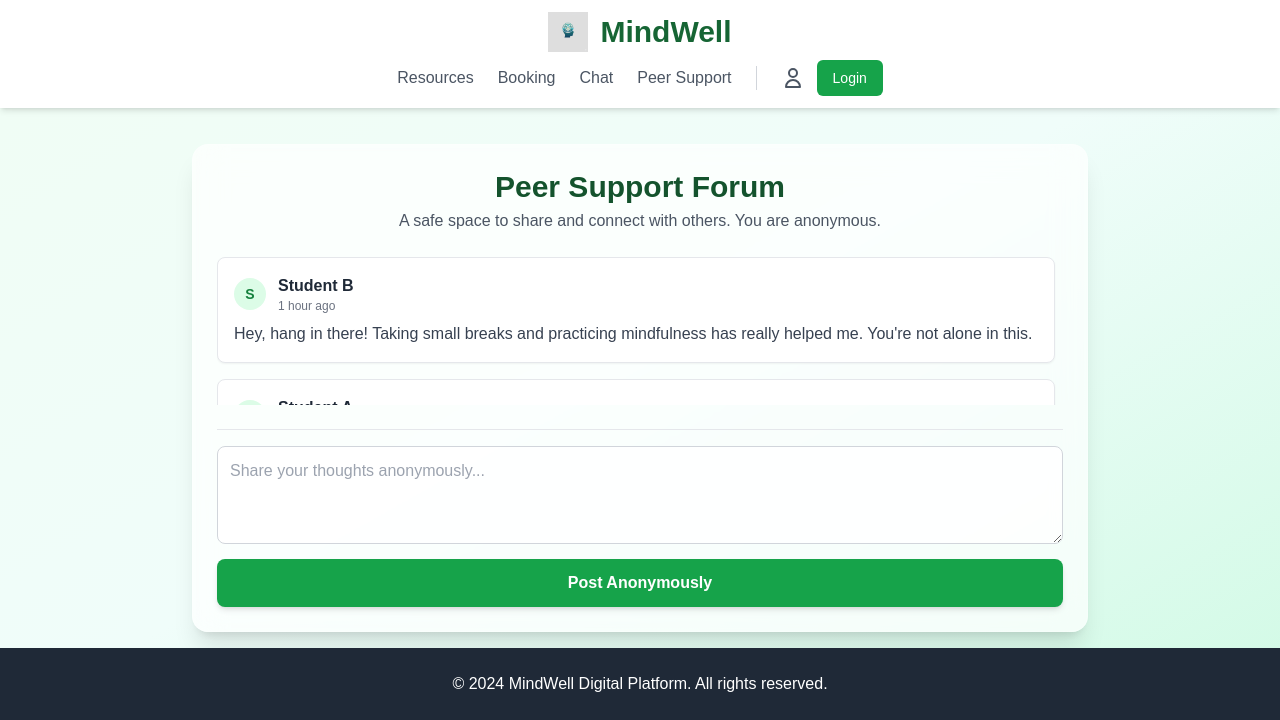
Repository: alokse24b01025/mentalhealth-project-sih-
Page: /peer-support (app in p1/)
The author's editor kept a copy of each file at every save. The page is drawn from the files as they stood at one save, then again after the next save.
The browser window is 1280 px wide. The pictures show the whole page.
The project was rebuilt for these pictures with package versions that can differ from the ones it lists, and the page was loaded fresh each time. Also part of the build but not shown: p1/vite.config.js, p1/src/pages/HomePage.jsx, p1/src/components/Chatbot.jsx, p1/src/pages/ChatPage.jsx, p1/src/components/ResourceCard.jsx, p1/src/data/mockResources.js, p1/src/pages/ResourcesPage.jsx, p1/src/data/mockCounselors.js and 3 more.

Above is the page before, as saved 2025-09-10 12:29:51.

After the next save:
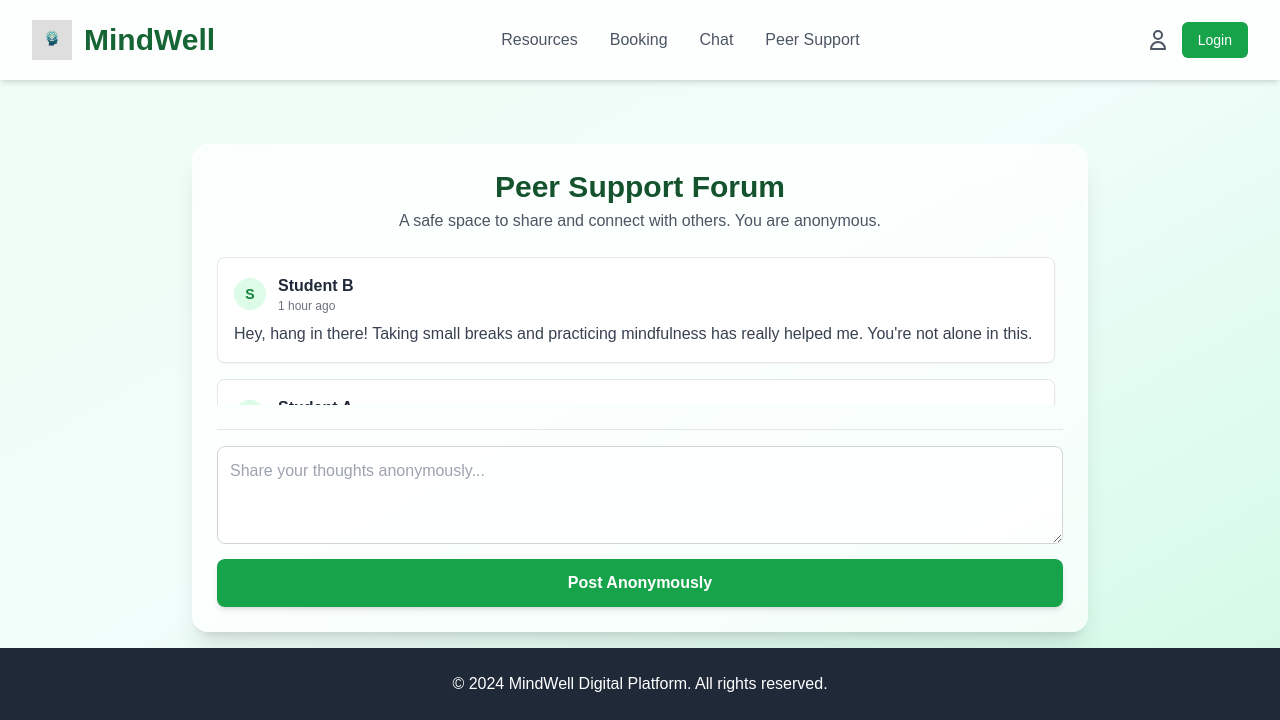
Saved 3 min 36 s later.
--- a/p1/src/components/Header.jsx
+++ b/p1/src/components/Header.jsx
@@ -1,16 +1,18 @@
 import React, { useState } from 'react';
-import { Link } from 'react-router-dom';
+import { Link, NavLink } from 'react-router-dom';
 import logo from '../assets/logo.png';
 import { useAuth } from '../AuthContext';
 
 const Header = () => {
   const { currentUser, logout } = useAuth();
   const [isLoggingOut, setIsLoggingOut] = useState(false);
+  const [isMenuOpen, setIsMenuOpen] = useState(false); // State for mobile menu
 
   const handleLogout = async () => {
     setIsLoggingOut(true);
     try {
       await logout();
+      setIsMenuOpen(false); // Close menu on logout
     } catch (error) {
       console.error("Failed to log out:", error);
     } finally {
@@ -24,55 +26,92 @@ const Header = () => {
     </svg>
   );
 
+  // Reusable component for Nav Links to avoid repetition
+  const NavLinks = ({ isMobile = false }) => (
+    <>
+      <NavLink to="/resources" className={isMobile ? mobileLinkClass : desktopLinkClass} onClick={() => setIsMenuOpen(false)}>Resources</NavLink>
+      <NavLink to="/booking" className={isMobile ? mobileLinkClass : desktopLinkClass} onClick={() => setIsMenuOpen(false)}>Booking</NavLink>
+      <NavLink to="/chat" className={isMobile ? mobileLinkClass : desktopLinkClass} onClick={() => setIsMenuOpen(false)}>Chat</NavLink>
+      <NavLink to="/peer-support" className={isMobile ? mobileLinkClass : desktopLinkClass} onClick={() => setIsMenuOpen(false)}>Peer Support</NavLink>
+    </>
+  );
+
+  const desktopLinkClass = "text-gray-600 hover:text-green-600 transition-colors";
+  const mobileLinkClass = "block py-2 text-lg text-gray-700 hover:bg-green-50 rounded-md px-4";
+
   return (
-    <header className="bg-white shadow-md fixed top-0 w-full z-50 py-3 flex flex-col items-center">
+    <header className="bg-white/80 backdrop-blur-lg shadow-md fixed top-0 w-full z-50">
+      <div className="max-w-7xl mx-auto px-4 sm:px-6 lg:px-8">
+        <div className="flex justify-between items-center h-20">
+          {/* Left side: Logo and Brand Name */}
+          <div className="flex-shrink-0">
+            <Link to="/" className="flex items-center gap-x-3">
+              <img src={logo} alt="MindWell Logo" className="h-10 w-auto" />
+              <span className="text-3xl font-bold text-green-800">MindWell</span>
+            </Link>
+          </div>
 
-      {/* Top Row: Centered Logo and Name */}
-      <div className="mb-2">
-        <Link to="/" className="flex items-center justify-center gap-x-3">
-          <img src={logo} alt="MindWell Logo" className="h-10 w-auto" />
-          <h1 className="text-3xl font-bold text-green-800 hidden md:block">MindWell</h1>
-        </Link>
+          {/* Center: Desktop Navigation Links */}
+          <div className="hidden md:flex md:items-center md:space-x-8">
+            <NavLinks />
+          </div>
+
+          {/* Right side: Desktop Auth Buttons & Mobile Menu Button */}
+          <div className="flex items-center">
+            <div className="hidden md:flex items-center space-x-3">
+              {currentUser ? (
+                <div className="flex items-center space-x-3">
+                  <span className="text-gray-600">{profileIcon}</span>
+                  <button onClick={handleLogout} disabled={isLoggingOut} className={`text-white px-4 py-2 text-sm rounded-md transition-colors ${isLoggingOut ? 'bg-red-300 cursor-not-allowed' : 'bg-red-500 hover:bg-red-600'}`}>
+                    {isLoggingOut ? '...' : 'Logout'}
+                  </button>
+                </div>
+              ) : (
+                <div className="flex items-center space-x-3">
+                  <Link to="/login" className="text-gray-600 hover:text-green-600">{profileIcon}</Link>
+                  <Link to="/login" className="bg-green-600 text-white px-4 py-2 text-sm rounded-md hover:bg-green-700 transition-colors">Login</Link>
+                </div>
+              )}
+            </div>
+
+            {/* Mobile Menu (Hamburger) Button */}
+            <div className="md:hidden">
+              <button onClick={() => setIsMenuOpen(!isMenuOpen)} className="p-2 rounded-md text-gray-600 hover:bg-gray-100 focus:outline-none">
+                <svg xmlns="http://www.w3.org/2000/svg" className="h-6 w-6" fill="none" viewBox="0 0 24 24" stroke="currentColor">
+                  <path strokeLinecap="round" strokeLinejoin="round" strokeWidth={2} d={isMenuOpen ? "M6 18L18 6M6 6l12 12" : "M4 6h16M4 12h16m-7 6h7"} />
+                </svg>
+              </button>
+            </div>
+          </div>
+        </div>
       </div>
 
-      {/* Bottom Row: Navigation Links */}
-      <nav className="flex items-center justify-center flex-wrap gap-x-6 gap-y-2 px-4">
-        <Link to="/resources" className="text-gray-600 hover:text-green-600 transition-colors">Resources</Link>
-        <Link to="/booking" className="text-gray-600 hover:text-green-600 transition-colors">Booking</Link>
-        <Link to="/chat" className="text-gray-600 hover:text-green-600 transition-colors">Chat</Link>
-        <Link to="/peer-support" className="text-gray-600 hover:text-green-600 transition-colors">Peer Support</Link>
+      {/* Mobile Menu Panel */}
+      {isMenuOpen && (
+        <div className="md:hidden bg-white/95 backdrop-blur-lg border-t border-gray-200">
+          <div className="px-2 pt-2 pb-3 space-y-1 sm:px-3">
+            <NavLinks isMobile={true} />
 
-        <div className="border-l border-gray-300 h-6"></div>
-
-        {currentUser ? (
-          <div className="flex items-center space-x-3">
-            <span className="text-gray-600">{profileIcon}</span>
-            <button
-              onClick={handleLogout}
-              disabled={isLoggingOut}
-              className={`text-white px-4 py-2 text-sm rounded-md transition-colors ${
-                isLoggingOut
-                  ? 'bg-red-300 cursor-not-allowed'
-                  : 'bg-red-500 hover:bg-red-600'
-              }`}
-            >
-              {isLoggingOut ? '...' : 'Logout'}
-            </button>
+            <div className="border-t border-gray-200 mt-4 pt-4">
+              {currentUser ? (
+                <div className="flex items-center justify-between px-4">
+                  <div className="flex items-center gap-2">
+                    <span className="text-gray-600">{profileIcon}</span>
+                    <span className="text-base font-medium text-gray-700">Profile</span>
+                  </div>
+                  <button onClick={handleLogout} disabled={isLoggingOut} className={`text-white px-4 py-2 text-sm rounded-md transition-colors ${isLoggingOut ? 'bg-red-300 cursor-not-allowed' : 'bg-red-500 hover:bg-red-600'}`}>
+                    {isLoggingOut ? '...' : 'Logout'}
+                  </button>
+                </div>
+              ) : (
+                <Link to="/login" onClick={() => setIsMenuOpen(false)} className="flex items-center justify-center bg-green-600 text-white px-4 py-2 text-base rounded-md hover:bg-green-700 transition-colors">
+                  Login
+                </Link>
+              )}
+            </div>
           </div>
-        ) : (
-          <div className="flex items-center space-x-3">
-            <Link to="/login" className="text-gray-600 hover:text-green-600">
-              {profileIcon}
-            </Link>
-            <Link
-              to="/login"
-              className="bg-green-600 text-white px-4 py-2 text-sm rounded-md hover:bg-green-700 transition-colors"
-            >
-              Login
-            </Link>
-          </div>
-        )}
-      </nav>
+        </div>
+      )}
     </header>
   );
 };
